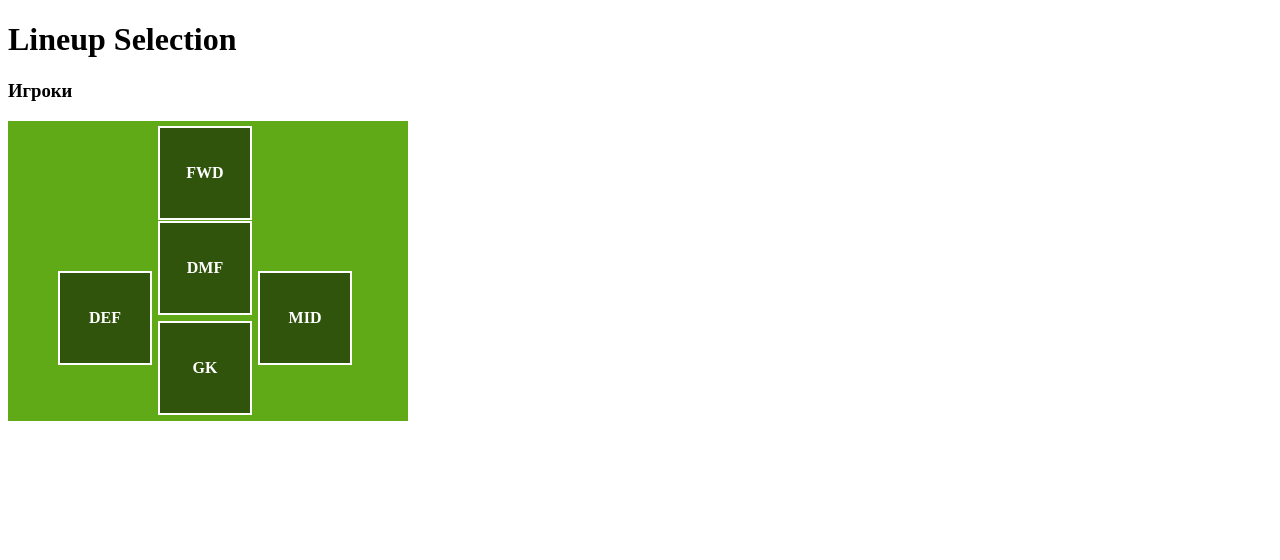
Repository: greatgreek73/soccergame
Page: http://localhost/lineup-selection/
These files come from the project's save history. The page is drawn as it stood at one moment and after the next save; the edit follows.
The browser window is 1280 px wide. The pictures show the whole page.
Some web libraries are served in a nearby version. The page is served by the project's application, run on Django 4.2 (manage.py). A made-up administrator, testuser (Test User, test@example.com), is signed in. Queries for data that is not in the repository find no rows.

Above is the page before, as saved 2024-04-18 20:58:10.

After the next save:
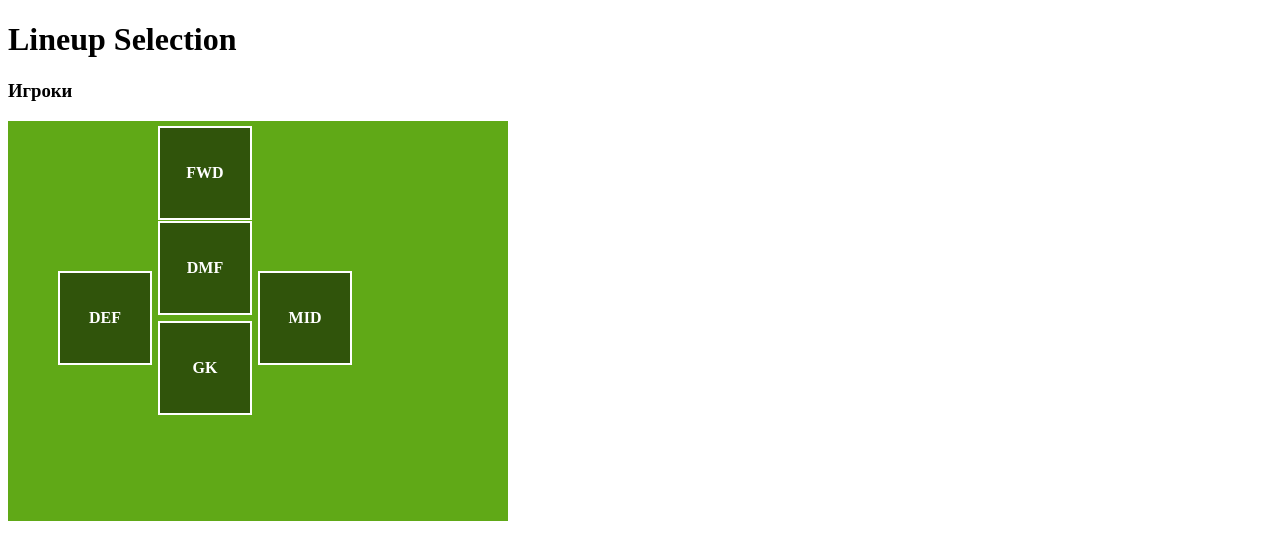
Saved 41 s later.
--- a/players/templates/lineup_selection.html
+++ b/players/templates/lineup_selection.html
@@ -10,8 +10,8 @@
     <style>
         #field {
             background-color: #60A917;
-            width: 400px;
-            height: 300px;
+            width: 500px;
+            height: 400px;
             position: relative;
         }
         .position {
